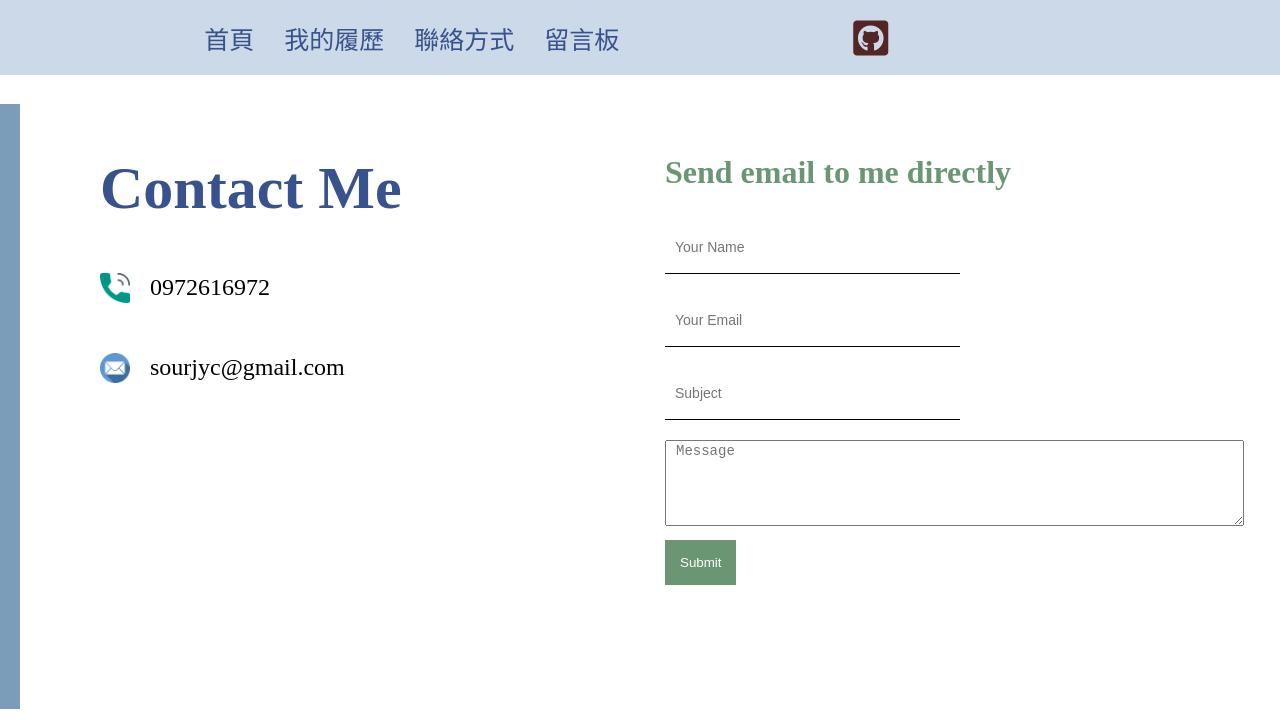
Repository: lcjyc/portfolio-website
Page: /contact
An editor plug-in stored every save of this project. The page is shown before and after the next save, followed by the edit.
The browser window is 1280 px wide. The pictures show the whole page.
The project was rebuilt for these pictures with package versions that can differ from the ones it lists, and the page was loaded fresh each time. Also part of the build but not shown: src/pages/home/home.css, src/pages/home/Home.jsx, src/pages/resume/resume.css, src/pages/resume/Resume.jsx.

Above is the page before, as saved 2022-08-20 09:49:35.

### public/index.html
<!DOCTYPE html>
<html lang="zh-tw">
  <head>
    <meta charset="utf-8" />
    <meta name="viewport" content="width=device-width, initial-scale=1" />
    <meta name="theme-color" content="#000000" />
    <meta
      name="description"
      content="Web site created using create-react-app"
    />
    <link
      href="https://fonts.googleapis.com/css2?family=Josefin+Sans:wght@100;200;300;400;500;600;700&family=Lora:ital@0;1&family=Varela&family=Varela+Round&display=swap"
      rel="stylesheet"
    />
    <link
      rel="stylesheet"
      href="https://cdnjs.cloudflare.com/ajax/libs/font-awesome/5.15.3/css/all.min.css"
      integrity="sha512-iBBXm8fW90+nuLcSKlbmrPcLa0OT92xO1BIsZ+ywDWZCvqsWgccV3gFoRBv0z+8dLJgyAHIhR35VZc2oM/gI1w=="
      crossorigin="anonymous"
    />
    <style>
      * {
        margin: 0;
      }
    </style>
    <style>
      .link {
        text-decoration: none;
        color: inherit;
      }
    </style>
    <title>Lesley Chen|Portfolio</title>
  </head>

  <body>
    <noscript>You need to enable JavaScript to run this app.</noscript>
    <div id="root"></div>
  </body>
</html>

### src/App.js
import TopBar from "./components/topbar/TopBar";
import Home from "./pages/home/Home";
import Resume from "./pages/resume/Resume";
import Contact from "./pages/contact/Contact";
import { BrowserRouter as Router, Routes, Route } from "react-router-dom";

function App() {
  return (
    <Router>
      <TopBar />
      <Routes>
        <Route path="/" element={<Home />} />
        <Route path="/resume" element={<Resume />} />
        <Route path="/contact" element={<Contact />} />
      </Routes>
    </Router>
  );
}

export default App;

### src/components/topbar/TopBar.jsx
import { Link } from "react-router-dom";
import "./topbar.css";

export default function TopBar() {
  return (
    <div className="top">
      <div className="topLeft">
        <ul className="topList">
          <li className="topListItem">
            <Link className="link" to="/">
              首頁
            </Link>
          </li>
          <li className="topListItem">
            <Link className="link" to="/resume">
              我的履歷
            </Link>
          </li>
          <li className="topListItem">
            <Link className="link" to="/contact">
              聯絡方式
            </Link>
          </li>
          <li className="topListItem">
            <Link className="link" to="/bulletin">
              留言板
            </Link>
          </li>
        </ul>
      </div>
      <div className="topRight">
        <a href="https://github.com/lcjyc/">
          <i className="topIcon fab fa-github-square"></i>
        </a>
      </div>
    </div>
  );
}

### src/pages/contact/Contact.jsx
import React from "react";
import "./contact.css";
import Phone from "../../icons/phone.png";
import Email from "../../icons/email.png";
import { useRef, useState } from "react";
import emailjs from "emailjs-com";

export default function Contact() {
  const formRef = useRef();
  const [done, setDone] = useState(false);

  const handleSubmit = (e) => {
    e.preventDefault();
    emailjs
      .sendForm(
        "service_3fgmh4k",
        "template_bboi2n1",
        formRef.current,
        "user_NqkqJF8Ards9i3Mf0WfYQ"
      )
      .then(
        (result) => {
          console.log(result.text);
          setDone(true);
        },
        (error) => {
          console.log(error.text);
        }
      );
  };

  return (
    <div className="c">
      <div className="c-bg"></div>
      <div className="c-wrapper">
        <div className="c-left">
          <h1 className="c-title">Contact Me</h1>
          <div className="c-info">
            <div className="c-info-item">
              <img src={Phone} alt="" className="c-icon" />
              0972616972
            </div>
            <div className="c-info-item">
              <img className="c-icon" src={Email} alt="" />
              sourjyc@gmail.com
            </div>
          </div>
        </div>
        <div className="c-right">
          <p className="c-desc">
            <b>Send email to me directly</b>
          </p>
          <form ref={formRef} onSubmit={handleSubmit}>
            <input type="text" placeholder="Your Name" name="user_name" />
            <input type="text" placeholder="Your Email" name="user_email" />
            <input type="text" placeholder="Subject" name="user_subject" />
            <textarea rows="5" placeholder="Message" name="message" />
            <button>Submit</button>
            {done && alert("Your Email has been sent to Lesley.")}
          </form>
        </div>
      </div>
    </div>
  );
}

### src/components/topbar/topbar.css
.top {
  width: 100%;
  height: 6vh;
  background-color: rgb(154, 179, 210, 0.5);
  position: sticky;
  top: 0;
  padding: 1rem 0rem;
  display: flex;
  align-items: center;
  z-index: 999;
}

.topLeft {
  flex: 6;
  display: flex;
  align-items: center;
  justify-content: center;
}

.topRight {
  flex: 3;
  display: flex;
}

.topIcon {
  font-size: 40px;
  margin-right: 10px;
  color: rgb(83, 37, 37);
  cursor: pointer;
}

.topImg {
  width: 40px;
  height: 40px;
  border-radius: 50%;
  object-fit: cover;
  cursor: pointer;
}

.topList {
  display: flex;
  justify-content: center;
  margin: 0;
  padding: 0;
  list-style: none;
}

.topListItem {
  margin-right: 30px;
  font-size: 25px;
  color: rgb(55, 82, 141);
  cursor: pointer;
}

.topListItem :hover {
  color: white;
}

### src/pages/contact/contact.css
.c {
  height: 80vh;
  position: relative;
  padding-top: 4vh;
}

.c-bg {
  width: 20px;
  height: 100%;
  background-color: rgb(67, 116, 156, 0.7);
  position: absolute;
}

.c-wrapper {
  padding: 50px;
  display: flex;
}

.c-left {
  flex: 1;
  padding-left: 50px;
}

.c-right {
  flex: 1;
  display: flex;
  flex-direction: column;
}

.c-title {
  font-size: 60px;
  width: 80%;
  color: rgb(55, 82, 141);
}

.c-info-item {
  display: flex;
  align-items: center;
  margin: 50px 0px;
  font-weight: 300;
  width: 70%;
  font-size: 1.5rem;
}

.c-icon {
  width: 30px;
  height: 30px;
  margin-right: 20px;
}

.c-desc {
  font-weight: 200;
  font-size: 2rem;
  color: rgba(43, 106, 56, 0.7);
}

form {
  margin-top: 20px;
}

input {
  width: 50%;
  height: 50px;
  border: none;
  border-bottom: 1px solid black;
  margin: 10px 0px;
  font-size: 14px;
  padding-left: 10px;
}

textarea {
  width: 100%;
  margin: 10px 0px;
  font-size: 14px;
  padding-left: 10px;
}

button {
  border: none;
  padding: 15px;
  background-color: rgba(43, 106, 56, 0.7);
  color: white;
  font-weight: 500;
  cursor: pointer;
}

@media screen and (max-width: 480px) {
  .c-wrapper {
    flex-direction: column;
    padding: 0px 50px;
  }

  .c-title {
    font-size: 30px;
  }

  .c-info-item {
    margin: 20px 0px;
    width: 100%;
  }

  .c-desc {
    display: none;
  }

  form {
    margin-top: 0px;
    display: flex;
    flex-wrap: wrap;
  }

  input {
    width: 35%;
    height: 40px;
    margin: 10px;
    margin-left: 0;
  }

  button {
    margin-top: 10px;
  }
}

Loaded but not shown: src/index.js (common file)

After the next save:
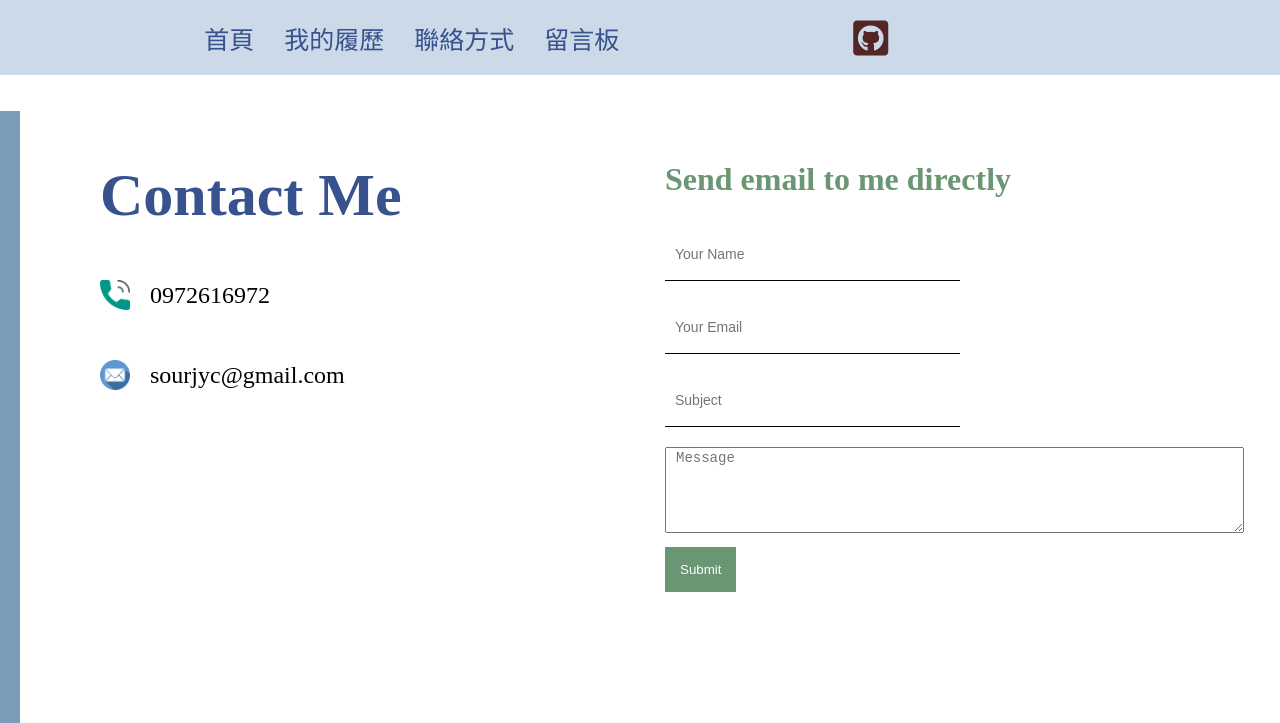
Saved 8 s later.
--- a/src/pages/contact/contact.css
+++ b/src/pages/contact/contact.css
@@ -1,7 +1,7 @@
 .c {
   height: 80vh;
   position: relative;
-  padding-top: 4vh;
+  padding-top: 5vh;
 }
 
 .c-bg {
